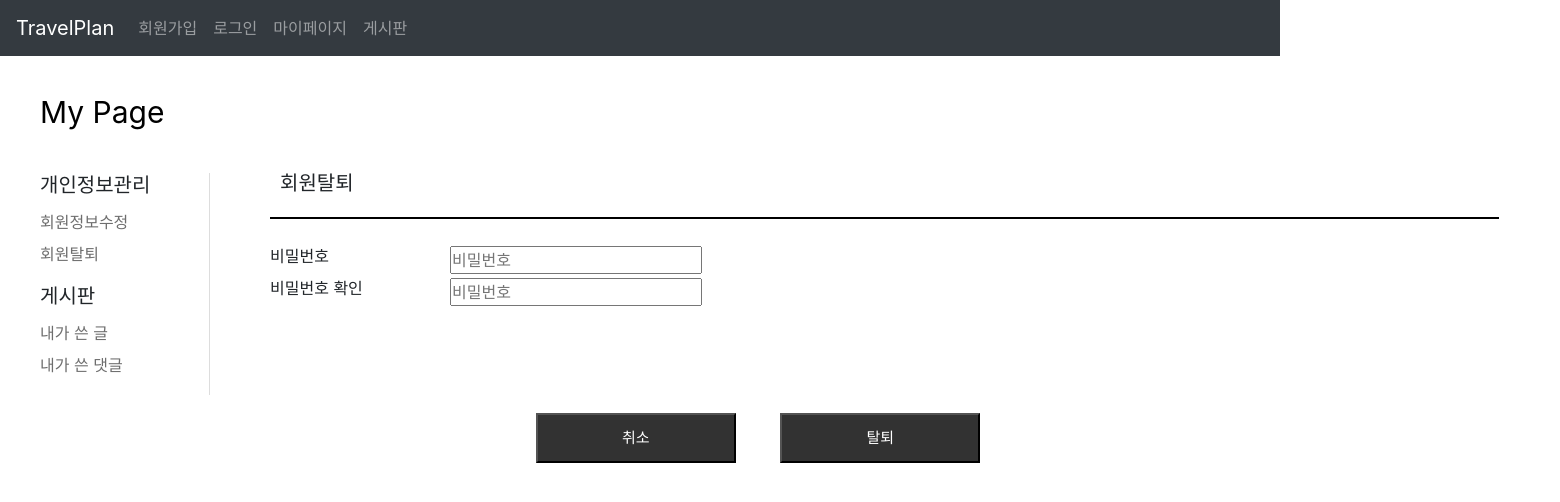
Repository: sna145815/Travel_v1
Page: http://localhost/Travel_v1/WEB-INF/view/deleteuser.jsp
The author's editor kept a copy of each file at every save. The page is drawn from the files as they stood at one save, then again after the next save.
The browser window is 1280 px wide. The page is 1560 px wide, so the pictures cover 1560 px, including what lies to the right of the window. The pictures show the whole page.
The page is served by Tomcat 9. Nobody is signed in. Other server files are loaded and not shown. The template is opened directly, without the code that normally fills it, so the values that code supplies are empty.

Above is the page before, as saved 2022-11-06 14:25:53.

### Travel_v1/src/main/webapp/WEB-INF/view/deleteuser.jsp
<%@ page language="java" contentType="text/html; charset=UTF-8"
    pageEncoding="UTF-8"%>
<%@ include file="/layout/header.jsp" %>

<!DOCTYPE html>
<html>
<head>
	<meta charset="UTF-8">
	<style>
		* {
			margin: 0;
			padding: 0;
		}
		#wrap {
			width: auto;
			min-width: 1560px;
			max-width: 1880px;
			padding: 0px 40px;
			margin: 0px auto;
			box-sizing: border-box;
		}
		#sub_header {
			position: relative;
			padding: 0px 0px 10px;
			margin: 0px auto;
		}
		.visual_area {
			padding: 5px 0px 8px;
			font-size: inherit;
			font-weight: normal;
		}
		.txt > a {
			display: inline-block;
			font-size: 30px;
			font-weight: normal;
			color: rgb(0, 0, 0);
		}
		.menu_area {
			float : left;
			width : 270px;
			border-right: 1px solid #ddd;
		}
		.content_right {
			position: absolute;
			left: 270px;
			top: 200;
			right: 0;
			min-width: 1229px;
		}
		.menu_area {
		 	width: 170px;
		 	float: left;
		 	margin: 24px 40px 0px 0px;
		 	font-size: 14px;
		}
		.menu1, .menu2 {
			display: flex;
			flex-direction: column;
			padding-bottom: 15px;
		}
		.update, .delete, .post, .comment {
			display: flex;
			margin-top: 2px;
			font-size: 16px;
			line-height: 30px;
			color: rgb(110, 110, 110);
		}
		.content-right {
			padding: 0;
			float: right;
		}
		.sectiontitle {
			border-bottom: 2px solid #000000;
			padding-left: 10px;
			padding-bottom: 14px;
			margin-top: 22px;
			line-height: 1.5px;
			font-size: 14px;
			position: relative;
		}
		.password {
			padding: 3px 0 35px 0;
		}
		.inputpwd {
			margin-top: 22px;
			padding-left: 160px;
			position: relative;
		}
		.button {
			margin-top: 50px;
			margin-left: 20%;
		}
		.btn_cancel, .btn_delete {
			width: 200px;
			height: 50px;
			margin: 20px;
			padding: 10px;
			font-size: 15px;
			border-collapse: collapse;
			vertical-align: middle;
			color: rgb(255, 255, 255);
			background-color: rgb(50, 50, 50);
		}
	</style>
</head>
<body>
	<div id="wrap">
		<div id ="header">
			<div class="visual_area">
				<h1 class="txt">
					<a href="/mypage">My Page</a>
				</h1>
			</div>
		</div>
		<div id ="content_area">
			<div class ="content">
				<div class="content_in">
					<!-- 좌측 메뉴 -->
					<nav class="menu_area">
						<div class="menu1">
							<h5>개인정보관리</h5>
							<a href="/mypage" class="update">회원정보수정</a>
							<a href="/deleteuser" class="delete">회원탈퇴</a>
						</div>
						<div class="menu2">
							<h5>게시판</h5>
							<a href="#" class="post">내가 쓴 글</a>
							<a href="#" class="comment">내가 쓴 댓글</a>
						</div>
					</nav>
					<!-- 콘텐츠 내용 -->
					<section class ="content_right">
						<header class="sectiontitle">
							<h5>회원탈퇴</h5>
						</header>
						<div class="password">
							<table class="inputpwd">
								<tr>
									<td width=180px><label for="myPW">비밀번호</label></td>
									<td><input type="password" id="myPW" placeholder="비밀번호" size=20/></td>
								</tr>
								<tr>
									<td><label for="myPWR">비밀번호 확인</label></td>
									<td><input type="password" id="myPWR" placeholder="비밀번호" size=20/></td>
								</tr>
							</table>
						</div>
						<div class="button">
							<span>
								<button type="submit" class="btn_cancel">취소</button>
							</span>
							<span>
								<button type="submit" class="btn_delete">탈퇴</button>
							</span>
						</div>
					</section>
				</div>
			</div>
		</div>
	</div>
</body>
</html>

### Travel_v1/src/main/webapp/layout/header.jsp
<%@ page language="java" contentType="text/html; charset=UTF-8"
    pageEncoding="UTF-8"%>
<!DOCTYPE html>

<head>
  <title>TravelPlan</title>
  <meta charset="utf-8">
  <meta name="viewport" content="width=device-width, initial-scale=1">
  <link rel="stylesheet" href="https://cdn.jsdelivr.net/npm/bootstrap@4.6.1/dist/css/bootstrap.min.css">
  <script src="https://cdn.jsdelivr.net/npm/jquery@3.6.0/dist/jquery.slim.min.js"></script>
  <script src="https://cdn.jsdelivr.net/npm/popper.js@1.16.1/dist/umd/popper.min.js"></script>
  <script src="https://cdn.jsdelivr.net/npm/bootstrap@4.6.1/dist/js/bootstrap.bundle.min.js"></script>
</head>
<body>

<nav class="navbar navbar-expand-md bg-dark navbar-dark">
  <a class="navbar-brand" href="#">TravelPlan</a>
  <button class="navbar-toggler" type="button" data-toggle="collapse" data-target="#collapsibleNavbar">
    <span class="navbar-toggler-icon"></span>
  </button>
  <div class="collapse navbar-collapse" id="collapsibleNavbar">
    <ul class="navbar-nav">
      <li class="nav-item">
        <a class="nav-link" href="#">회원가입</a>
      </li>
      <li class="nav-item">
        <a class="nav-link" href="/login">로그인</a>
      </li>
      <li class="nav-item">
        <a class="nav-link" href="/mypage">마이페이지</a>
      </li>
      <li class="nav-item">
        <a class="nav-link" href="#">게시판</a>
      </li>
    </ul>
  </div>
</nav>
<br>

After the next save:
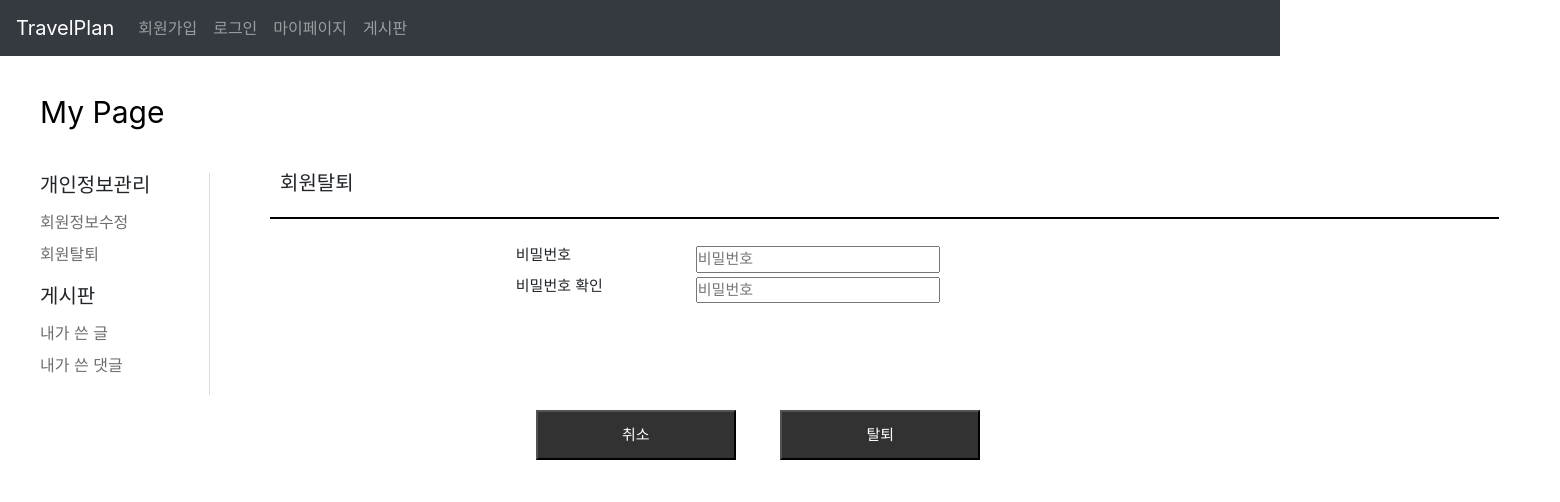
Saved 3 min 51 s later.
--- a/Travel_v1/src/main/webapp/WEB-INF/view/deleteuser.jsp
+++ b/Travel_v1/src/main/webapp/WEB-INF/view/deleteuser.jsp
@@ -83,8 +83,11 @@
 		}
 		.inputpwd {
 			margin-top: 22px;
-			padding-left: 160px;
-			position: relative;
+			padding: 10px;
+			font-size: 15px;
+			border-collapse: collapse;
+			table-layout: fixed;
+			margin-left: 20%;
 		}
 		.button {
 			margin-top: 50px;
